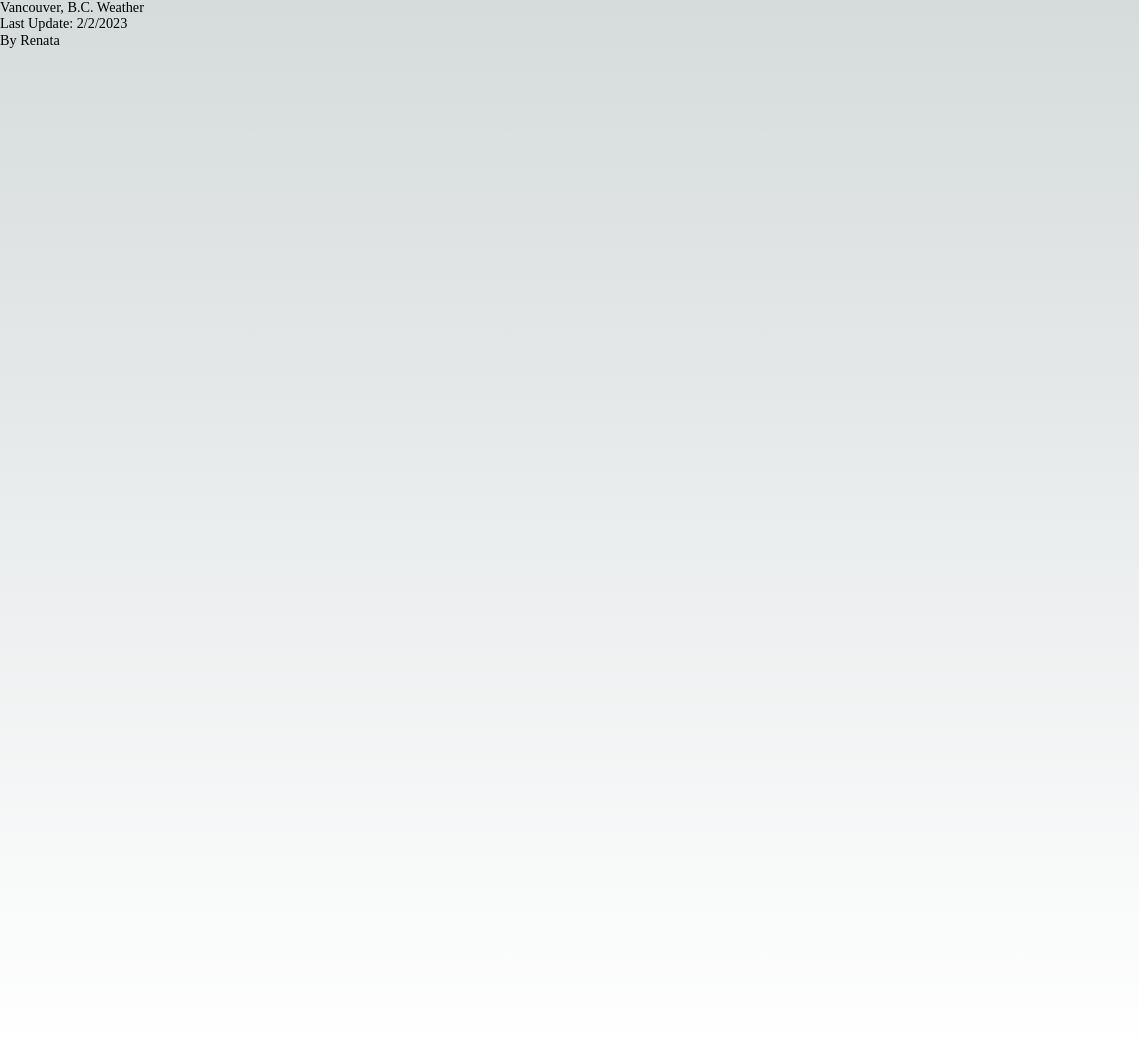
Repository: RenataDzotova/WeatherMate
Page: /
These files come from the project's save history. The page is drawn as it stood at one moment and after the next save; the edit follows.
The browser window is 1280 px wide. The pictures show the whole page, at 89% of full size.
The project was rebuilt for these pictures with package versions that can differ from the ones it lists, and the page was loaded fresh each time. The framework's server and built-in components were replaced by stand-ins that run in the browser. Also part of the build but not shown: next.config.js.

Above is the page before, as saved 2023-02-23 21:01:52.

After the next save:
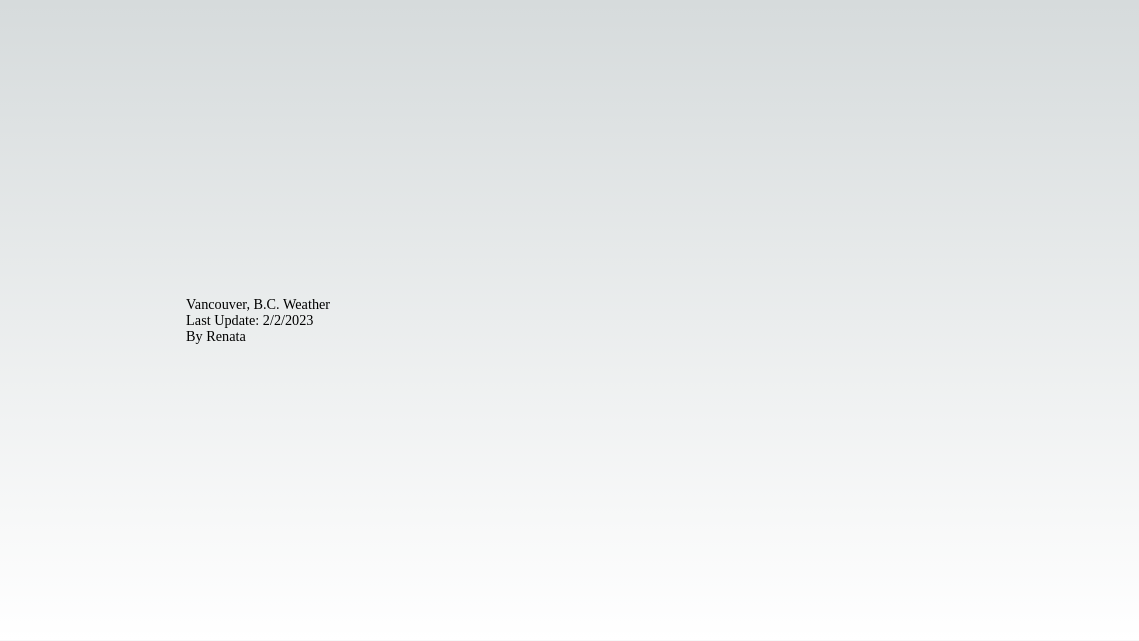
Saved 49 s later.
--- a/pages/index.js
+++ b/pages/index.js
@@ -84,7 +84,7 @@
         var day = days[now.getDay()];
 
         return(
-          <FlexBox dir="column" key={index}>
+          <FlexBox key={index}>
             <Image
             src={icon}
             alt={icon}
@@ -127,7 +127,7 @@
         <meta name="viewport" content="width=device-width, initial-scale=1" />
         <link rel="icon" href="/logo.svg.ico" />
       </Head>
-      <main >
+      <Wrapper >
         <div >
           <p>
             Vancouver, B.C. Weather <br/>
@@ -156,11 +156,11 @@
           />
           </div>
 
-        <Wrapper >
+        <FlexBox >
           {data}
-        </Wrapper>
+        </FlexBox>
 
-      </main>
+      </Wrapper>
     </>
   )
 }
